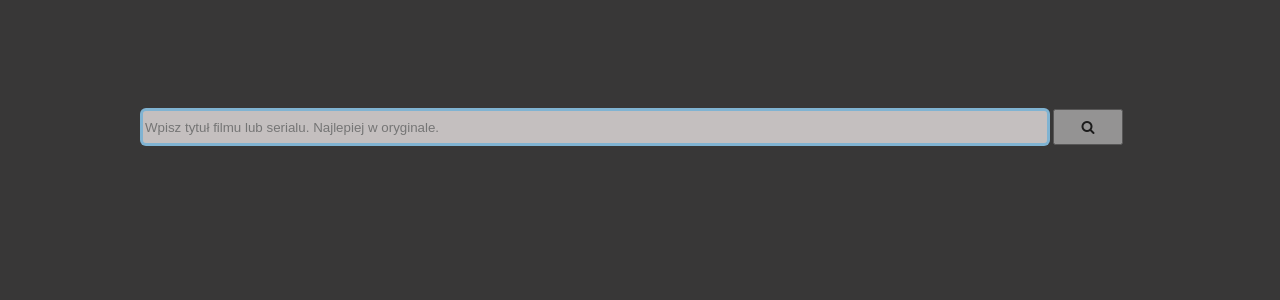
Repository: kq333/wyszukiarka-filmowa
Page: index.html
The author's editor kept a copy of each file at every save. The page is drawn from the files as they stood at one save, then again after the next save.
The browser window is 1280 px wide. The pictures show the whole page.
The style sheet was rebuilt from its Sass, Less or Tailwind sources for each picture, by a compiler version that may differ from the author's.

Above is the page before, as saved 2021-01-21 00:13:19.

### index.html
<!DOCTYPE html>
<!--[if lt IE 7]>      <html class="no-js lt-ie9 lt-ie8 lt-ie7"> <![endif]-->
<!--[if IE 7]>         <html class="no-js lt-ie9 lt-ie8"> <![endif]-->
<!--[if IE 8]>         <html class="no-js lt-ie9"> <![endif]-->
<!--[if gt IE 8]>      <html class="no-js"> <!--<![endif]-->
<html>
    <head>
        <meta charset="utf-8">
        <meta http-equiv="X-UA-Compatible" content="IE=edge">
        <title></title>
        <meta name="description" content="">
        <meta name="viewport" content="width=device-width, initial-scale=1">
        <link rel="stylesheet" href="style/style.css">
        <link rel="preconnect" href="https://fonts.gstatic.com">
        <link href="https://fonts.googleapis.com/css2?family=Lato:wght@100;400&display=swap" rel="stylesheet">
        <link rel="stylesheet" href="https://cdnjs.cloudflare.com/ajax/libs/font-awesome/4.7.0/css/font-awesome.min.css">
    </head>


    <body>
        <!--[if lt IE 7]>
            <p class="browsehappy">You are using an <strong>outdated</strong> browser. Please <a href="#">upgrade your browser</a> to improve your experience.</p>
        <![endif]-->

        <main>
            <div id="container">
                    <div class="searchBar">
                        <input id="search" type="text" required="required" placeholder="Wpisz tytuł filmu lub serialu. Najlepiej w oryginale." onfocus="this.value=''" >
                        <button  id="btn"></button>
                    </div>

                        <div class="movieTitle"></div>

                            <div class="mainContent">
                                <div class="leftSide">
                                    <div class="poster"></div>
                                </div>

                                    <div class="rightSide">
                                        <div class="director">
                                            <span class="NameD"></span>
                                            <span class="DirectorName"></span>
                                        </div>
                                            <div class="Actors">
                                                <span class="NameA"></span>
                                                <span class="ActorsName"></span>
                                            </div>
                                                <div class="Country">
                                                    <span class="NameC"></span>
                                                    <span class="CountryName"></span>
                                                </div>
                                                    <div class="Year">
                                                        <span class="NameY"></span>
                                                        <span class="YearName"></span>
                                                    </div>
                                                        <div class="Genre">
                                                            <span class="NameG"></span>
                                                            <span class="GenreName"></span>
                                                        </div>
                                                            <div class="Plot">
                                                                <span class="NameP"></span>
                                                                <span class="PlotName"></span>
                                                            </div>
                                                                <div class="Rating">
                                                                    <span class="NameR"></span>
                                                                    <span class="RatingName"></span>
                                                                </div>
                                    </div>
                            </div>
            </div>

            <footer>
                <div class="description"></div>
            </footer>
        </main>

        <script src="script.js" async>

        </script>
    </body>
</html>

### script.js
const btn = document.getElementById("btn");

btn.addEventListener('click', ()=>{

    let search = document.getElementById("search").value;


    function validateForm() {
        const x = document.getElementById("search").value;
        if (x == "") {








 document.querySelector(".poster").innerHTML ="";


 const url =   'http://www.omdbapi.com/?apikey=7bd5b2c8&t=';

  const result  = url + search;
  fetch(result)

  .then((res)=>{
      return res.json();
  })

  .then((data)=>{
     document.querySelector(".movieTitle").innerHTML = data.Title;
     document.querySelector(".NameD").innerHTML = "Reżyseria:";
     document.querySelector(".DirectorName").innerHTML = data.Director;
     document.querySelector(".NameA").innerHTML = "Występują:";
     document.querySelector(".ActorsName").innerHTML = data.Actors;
     document.querySelector(".NameC").innerHTML = "Kraj:";
     document.querySelector(".CountryName").innerHTML = data.Country;
     document.querySelector(".NameY").innerHTML = "Rok:";
     document.querySelector(".YearName").innerHTML = data.Released;
     document.querySelector(".NameG").innerHTML = "Gatunek:";
     document.querySelector(".GenreName").innerHTML = data.Genre;
     document.querySelector(".NameP").innerHTML = "Opis:";
     document.querySelector(".PlotName").innerHTML = data.Plot;
     document.querySelector(".NameR").innerHTML = "Ocena Imdb:";
     document.querySelector(".RatingName").innerHTML = data.imdbRating;




    let poster = data.Poster;

      createImage = () =>{
          const elem = document.createElement("img")
          document.querySelector(".poster").appendChild(elem);
          elem.src = poster;
      }
      createImage();
  })

 .catch((error)=>{
     alert(error)
 });


 return false;
}
}

validateForm()


});

### style/style.scss
body{
    background-color: rgba(7, 6, 6, 0.8);
    font-family: 'Lato', sans-serif;
}

@mixin NameProperty{
    text-transform: uppercase;
    font-size: 20px;
    font-weight: bold;
    letter-spacing: 2px;
    color:rgba(143, 140, 140, 0.329);


}

@mixin rightSideProperty{
    text-transform: uppercase;
    font-size: 20px;
    color: rgba(143, 136, 136, 0.726);

}

@mixin description{
    height: auto;
    width: auto;
    margin-bottom: 10px;

}


#container{
    width:1000px;
    height: auto;
    margin:auto;
    display:grid;
    grid-template-columns: auto;
    grid-template-areas:"searchBar"
                        "movieTitle"

                        ;





.searchBar{
    grid-area:searchBar;
    margin:auto;
    margin-top:100px;
    width:1000px;



    #search{
        width: 90%;
        height: 30px;
        border-radius: 6px;
        border:3px solid rgba(84, 172, 223, 0.6);
        background-color: rgba(207, 202, 202, 0.932);






    }

    #btn{
        width: 70px;
        height: 36px;
        cursor: pointer;
        opacity: 0.5;
        pointer-events: none;

        &::before{
            font: normal normal normal 14px/1 FontAwesome;
            content: '\f002';
            display:block;
        }





    }


}

.movieTitle{
    grid-area: movieTitle;
    margin:auto;
    margin-top:50px;
    margin-bottom: 50px;
    font-size: 60px;
    letter-spacing: 6px;
    text-transform: uppercase;
    color:rgba(107, 105, 105, 0.747);

}


.mainContent{
    width:1000px;
    margin:auto;
    display:grid;
    gap:10px;
    grid-template-columns: 40% 60%;
    grid-template-areas:"leftSide rightSide" ;


    .leftSide{
        grid-area:leftSide;

        .poster{
            width:auto;
            margin-left: 20px;

            img{
                width:auto;
                height:50vh;
            }

        }

    }


    .rightSide{

        grid-area:rightSide;
        margin:auto;



        .director{
            @include description;


            .NameD{

                @include NameProperty;

            }

            .DirectorName{
                @include rightSideProperty;


            }
        }

        .Actors{
            @include description;


            .NameA{

                @include NameProperty;

            }

            .ActorsName{
                @include rightSideProperty;


            }
        }

        .Country{
            @include description;

            .NameC{

                @include NameProperty;

            }

            .CountryName{
                @include rightSideProperty;


            }
        }

        .Year{
            @include description;

            .NameY{

                @include NameProperty;

            }

            .YearName{
                @include rightSideProperty;


            }
        }

        .Genre{
            @include description;

            .NameG{

                @include NameProperty;

            }

            .GenreName{
                @include rightSideProperty;


            }
        }

        .Plot{
            @include description;

            .NameP{

                @include NameProperty;

            }

            .PlotName{
                @include rightSideProperty;


            }
        }

        .Rating{
            @include description;

            .NameR{

                @include NameProperty;

            }

            .RatingName{
                @include rightSideProperty;


            }
        }
    }
}
};

After the next save:
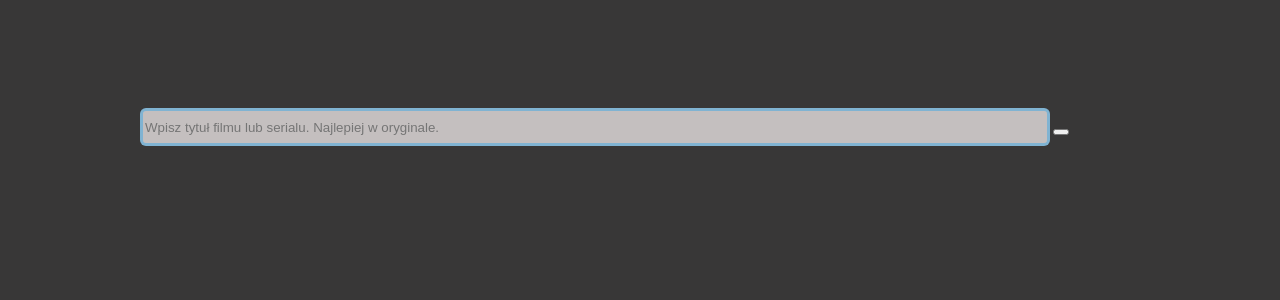
Saved 15 s later.
--- a/style/style.scss
+++ b/style/style.scss
@@ -65,7 +65,7 @@
 
     }
 
-    #btn{
+    #btn:invalid{
         width: 70px;
         height: 36px;
         cursor: pointer;

After the save that followed:
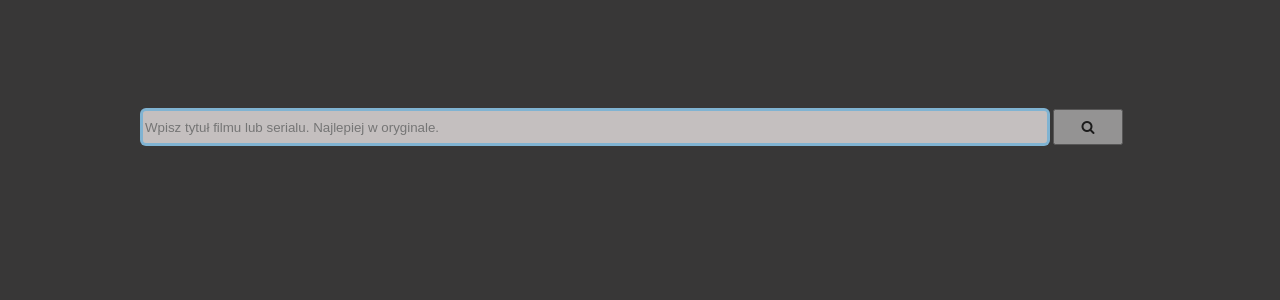
Saved 14 s later.
--- a/style/style.scss
+++ b/style/style.scss
@@ -65,7 +65,7 @@
 
     }
 
-    #btn:invalid{
+    #btn{
         width: 70px;
         height: 36px;
         cursor: pointer;
